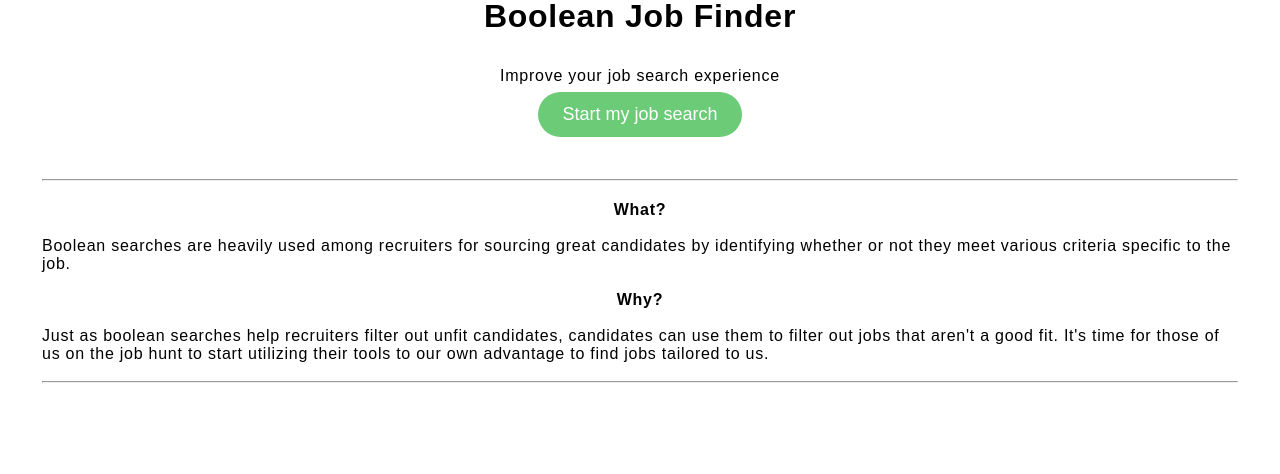
Repository: Rthompson2548/boolean-job-searcher
Page: /
These files come from the project's save history. The page is drawn as it stood at one moment and after the next save; the edit follows.
The browser window is 1280 px wide. The pictures show the whole page.
The project was rebuilt for these pictures with package versions that can differ from the ones it lists, and the page was loaded fresh each time.

Above is the page before, as saved 2022-04-05 14:32:21.

### public/index.html
<!DOCTYPE html>
<html lang="en">
  <head>
    <meta charset="utf-8" />
    <link rel="icon" href="%PUBLIC_URL%/favicon.ico" />
    <meta name="viewport" content="width=device-width, initial-scale=1" />
    <meta name="theme-color" content="#000000" />
    <meta
      name="description"
      content="Web site created using create-react-app"
    />
    <link rel="preconnect" href="https://fonts.googleapis.com">
    <link rel="preconnect" href="https://fonts.gstatic.com" crossorigin>
    <link href="https://fonts.googleapis.com/css2?family=Inconsolata&family=League+Spartan&display=swap" rel="stylesheet">

    <title>React App</title>
  </head>
  <body>
    <noscript>You need to enable JavaScript to run this app.</noscript>
    <div id="root"></div>
    <!--
      This HTML file is a template.
      If you open it directly in the browser, you will see an empty page.

      You can add webfonts, meta tags, or analytics to this file.
      The build step will place the bundled scripts into the <body> tag.

      To begin the development, run `npm start` or `yarn start`.
      To create a production bundle, use `npm run build` or `yarn build`.
    -->
  </body>
</html>

### src/App.js
import "./styles.css";
// import { CopyToClipboard } from "react-copy-to-clipboard";
import React, { useState, useEffect, useRef } from "react";



export default function App() {
  let searchCategories = [
    "Experience",
    "Location",
    "Tech Stack",
    "Title",
    "Technologies",
    "Company"
  ];

let defaultCategories = [
  {
    id: 1,
    name: "Experience",
    placeholders: ["Junior", "Entry", "Grad", "Student"]
  },
  {
    id: 2,
    name: "Location",
    placeholders: ["Junior", "Entry", "Grad", "Student"]
  },
  {
    id: 3,
    name: "End",
    placeholders: ["Junior", "Entry", "Grad", "Student"]
  },
  {
    id: 4,
    name: "Title",
    placeholders: ["Junior", "Entry", "Grad", "Student"]
  },
  {
    id: 5,
    name: "Technologies",
    placeholders: ["Junior", "Entry", "Grad", "Student"]
  },
  {
    id: 6,
    name: "Company Name",
    placeholders: ["Junior", "Entry", "Grad", "Student"]
  }
];


const [copyString, setCopyString] = useState("");
const [addCategory, setAddCategory] = useState(false);
const [addCategoryBtnText, setAddCategoryBtnText] = useState(
"Start my job search"
)
const [category, setCategory] = useState("");
const [categoryChosen, setCategoryChosen] = useState(false);
const [categoryOptions, setCategoryOptions] = useState(false);
const [showCategoryForm, setShowCategoryForm] = useState(false);
const [showNewCategoryButton, setShowNewCategoryButton] = useState(true);
const [showName, setShowName] = useState(false);
const [showForm, setShowForm] = useState(false);
const [showAddWordBtn, setShowAddWordBtn] = useState(false)
const [word, setWord] = useState("");
const [list, setList] = useState([]);
const [show, setShow] = useState(false);
const [finishBtn, setFinishBtn] = useState(false);
const [finished, setFinished] = useState(false);
const [result, setResult] = useState([]);
const [doneWarning, setDoneWarning] = useState(false);
const [goodbyeMessage, setGoodbyeMessage] = useState(false);


const handleNewCategory = () => {
  setCategory("");
  setAddCategoryBtnText("Add a category");
  setShowNewCategoryButton(false);
  setFinishBtn(false);
  setCategoryOptions(true);
  setCategoryChosen(false);
};



const handleCustomCategory = () => {
  setShowCategoryForm(true);
  setCategoryOptions(false);
};


const handleCategoryNameChange = event => {
  setCategory(event.target.value);
};

const submitCategory = () => {
  setAddCategory(false);
  setShowName(true);
  setShowNewCategoryButton(false);
  setShowAddWordBtn(true);
  setShowForm(true);
  setShowCategoryForm(false);
};


const handleAddWord = () => {
  setShowForm(true);
  setCategoryOptions(false);
  setCategoryChosen(true);
};


const handleCategoryClick = event => {
  setCategory(event.target.value);
  setCategoryChosen(true);
};


const handleWordChange = event => {
  setWord(event.target.value);
};


  const [noLetters, setNoLetters] = useState(false);

  const submitAsteriskWord = () => {
    if (word.length <= 1) {
      setNoLetters(true);
    } else {
      setList((prevList) => [...prevList, `"${word}*"`]);
      setWord("");
      setShow(true);
      console.log(word);
    }
  };

  const submitWord = () => {
    if (word.length <= 1) {
      setNoLetters(true);
    } else {
      setList((prevList) => [...prevList, `"${word}"`]);
      setWord("");
      setShow(true);
      console.log(word);
    }
  };

  useEffect(() => {
    setCategory(category);
  }, [category]);

  let booleanString = `(${list.join(" OR ")})`;

  const handleSubmitCategoryWords = () => {
    setShowNewCategoryButton(true);
    setShow(false);
    setShowName(false);
    setShowForm(false);
    setFinishBtn(true);
    setResult((previousResult) => [...previousResult, booleanString]);
    console.log(result.join(" AND "));
    console.log(`list: ${list}`);
    setList([]);
    console.log(`list: ${list}`);
    setCopyString(result.join(" AND "));
  };

  const handleGenerateString = () => {
    setFinished(true);
    setFinishBtn(false);
    setShowNewCategoryButton(false);
    setDoneWarning(false);
    // setGoodbyeMessage(true);
  };

const handleDone = () => {
  setDoneWarning(true);
  setFinished(false);
};


const handleConfirmFinished = () => {
  setDoneWarning(false);
  setGoodbyeMessage(true);
  setShow(false);
  setFinished(false);
};



  return (
    <div className="App">
      <div className="header">
        <h1 className="app-title">Boolean Job Finder</h1>
        <p>Improve your job search experience</p>
        <button className="start-btn" onClick={handleNewCategory}>
          {addCategoryBtnText}
        </button>

      </div>
      <div>
    </div>


      {categoryOptions === true && (
        <div>
          <div>
<p className="pick-a-category-txt">Click a category below to start</p>


            {/* iterates through array of category names and returns a button for each */}
            <div className="category-btns">
              {searchCategories.map((value, i) => (
                <button
                  id="category-btn"
                  className="category-btn"
                  key={i}
                  value={searchCategories[i]}
                  onClick={handleCategoryClick}
                >
                  {value}
                </button>
              ))}

            </div>

{
  categoryChosen === true && (
    <button className="continue-btn" onClick={handleAddWord}>
      Continue
    </button>
  )
}
          </div>
        </div>
      )}

{
  showCategoryForm === true && (
    <div>
      <label>Enter a custom category name</label>
      <input
        placeholder="Enter category name"
        onChange={handleCategoryNameChange}
        value={category}
      />

<button onClick={submitCategory}>Submit</button>;

    </div>
  )
}

      {showForm === true && (
        <div className="keyword-form">
          <h1>{category}</h1>

          <div className="keyword-form-info">
            <div>
              <label>Enter 1 or more keywords</label>
            </div>
            <input
              placeholder="Enter two or more letters..."
              value={word}
              onChange={handleWordChange}
            />
          </div>

          <div className="keyword-btns">
            <button onClick={submitWord}>Include exact keyword</button>
            <button onClick={submitAsteriskWord}>
              Include similar keywords
            </button>

          </div>


        </div>
      )}

      {show === true && (
        <div className="keyword-string">
          <h4>{booleanString}</h4>
        </div>
      )}

      {showForm === true && (
        <div>
          <button className="continue-btn" onClick={handleSubmitCategoryWords}>
            Continue
          </button>
        </div>
      )}

      {showNewCategoryButton === true && (
        // <div className="what-why">
        <div className="what-why-info">
          <hr />
              <h4>What?</h4>
              <p>
                Boolean searches are heavily used among recruiters for sourcing great
                candidates by identifying whether or not they meet various criteria specific
                to the job.
              </p>
              <h4>Why?</h4>
              <p>
                Just as boolean searches help recruiters filter out unfit candidates, candidates can use them to filter out jobs that aren't a good fit. It's time for those of us on the job hunt to start utilizing their tools to our own advantage to find jobs tailored to us.
          </p>

          <hr />
        </div>



        // </div>
      )}


      {finishBtn === true && (
        <div>
          <button className="done-btn" onClick={handleGenerateString}>
            Submit
          </button>
        </div>
      )}

      {finished === true && (
        <div className="boolean-string">
          <p value={copyString}>{result.join(" AND ")}</p>
          <button className="done-btn" onClick={handleDone}>
            Done
          </button>
        </div>
      )}

      {doneWarning === true && (
        <div className="boolean-string">
          <p>Are you sure? This cannot be undone</p>
          <button className="done-btn" onClick={handleConfirmFinished}>
            Yes, I am done
          </button>
        </div>
      )}

      {goodbyeMessage === true && (
        <div className="goodye-msg boolean-string">
<p>Goodbye!</p>;

          <button
            className="start-btn"
            onClick={() => window.location.reload(false)}
          >
            Home
          </button>
        </div>
      )}
    </div>
  );
}

### src/styles.css
* {
  margin: 0;
  padding: 0;
  /* background-color: #fff; */
  /* color: #000; */
  /* padding: 18px 0; */
}

.App {
  font-family: sans-serif;
  text-align: center;
  letter-spacing: 0.75px;
}

.header {
  line-height: 2rem;
  letter-spacing: 0.75px;
  /* padding: 52px 0; */
}

img {
  width: 250px;
  height: auto;
}

button {
  /* width: 300px; */
  border-radius: 25px;
  background-color: #fff;
  color: #000;
  border: none;
  /* margin: 18px 0 0 0; */
  font-size: 18px;
}

.app-title {
  margin-bottom: 28px;
  font-size: 32px;
}

h3 {
  font-size: 22px;
}

.what-why-info {
  overflow: hidden;
  padding: 42px;
}

.what-why-info p {
  margin: 18px 0 !important;
  text-align: left !important;
}

hr {
  margin-bottom: 20px;
}
.start-btn {
  background-color: #6bcb77 !important;
  color: #fff;
  font-size: 18px;
  vertical-align: middle;
  padding: 12px 24px;
}

.pick-a-category-txt {
  font-size: 18px;
  margin-bottom: 12px;
}

input {
  background-color: #fff;
  font-size: 18px;
  color: #000;
  width: 260px;
  border: 1.5px solid black;
  border-radius: 25px;
}

label {
  font-size: 20px;
}

.category-btns {
  /* center the element */
  right: 0;
  left: 0;
  margin-right: auto;
  margin-left: auto;
  display: flex;
  flex-direction: column;
  align-items: center;
}

.category-btns button {
  background-color: #ff6b6b;
  color: #fff;
  padding: 12px 42px;
  width: 300px;
}

.category-buttons button:active,
button:focus {
  /* color: #fff !important;
  background-color: #FFD93D !important; */
}

.category-buttons button:visited:after {
  color: #fff !important;
  background-color: #000 !important;
}

.continue-btn {
  background-color: #4d96ff;
  color: #fff;
}

.keyword-form-info {
  margin-top: 24px;
}

.keyword-form-info input {
  padding: 10px 24px 10px 10px;
  margin-top: 16px;
}

.keyword-btns {
  display: flex;
  flex-direction: column;
  align-items: center;
  margin: 10px 0 24px 0;
}

.keyword-btns button {
  background-color: #ff6b6b;
  color: #fff;
  font-size: 18px;
}

.keyword-string {
  padding: 20px;
  font-size: 20px;
  line-height: 2rem;
}

.goodye-msg {
  /* padding-top: 25%; */
  font-size: 42px !important;
}

.goodye-msg button {
  /* background-color: #4D96FF !important; */
  /* vertical-align: middle !important; */
}

.boolean-string {
  font-size: 32px;
  font-weight: bold;
  padding-top: 10%;
}


.boolean-string button {
  background-color: #fa58bc;
  color: #fff;
}

.done-btn {
  background-color: #4d96ff !important;
  color: #fff;
  font-size: 22px;
  vertical-align: middle;
  width: 400px;
  padding: 20px 0;
  margin-top: 36px;
}

.home-btn {
  background-color: #6bcb77 !important;
}

Loaded but not shown: src/index.js (common file); src/index.css (no stored copy; drawn as an empty file)

After the next save:
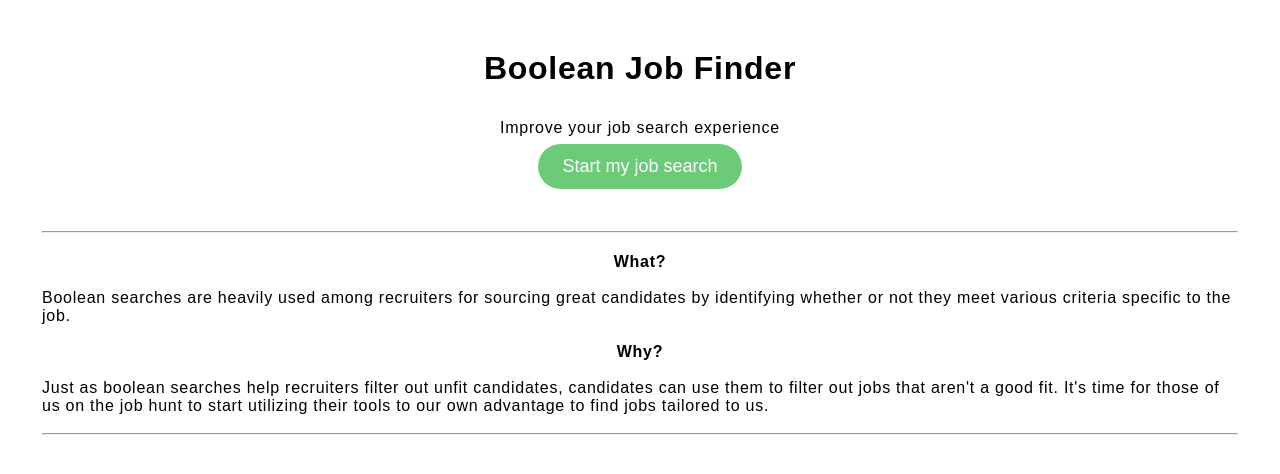
Saved 15 s later.
--- a/src/styles.css
+++ b/src/styles.css
@@ -15,7 +15,7 @@
 .header {
   line-height: 2rem;
   letter-spacing: 0.75px;
-  /* padding: 52px 0; */
+  padding: 52px 0 0 0;
 }
 
 img {
